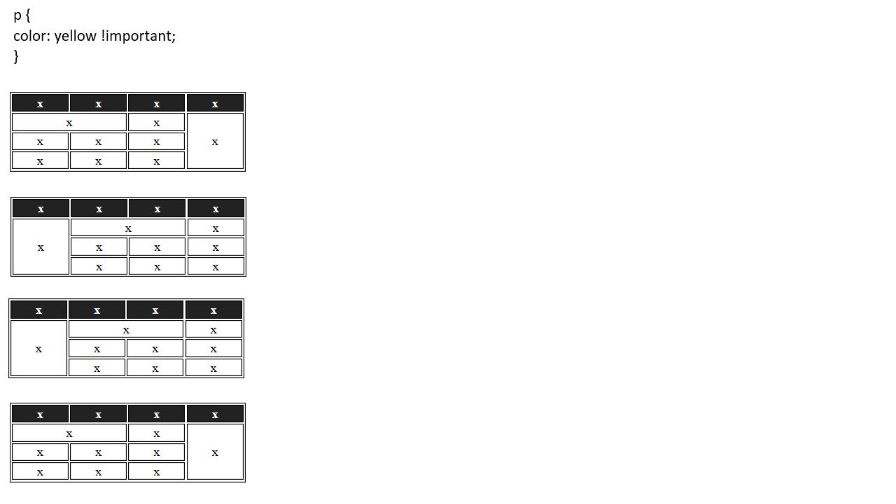
Repository: DigitalExperienceTeam/assessmentImages
Page: index.html
The author's editor kept a record of every edit. The page is drawn from the files as they stood at one moment, then again after the next edit.
The browser window is 1280 px wide. The pictures show the part of the page from y = 3815 to 5735 px (the page is 4535 px tall before and 5735 px after), at 70% of full size.

Above is the page before.

After the next edit:
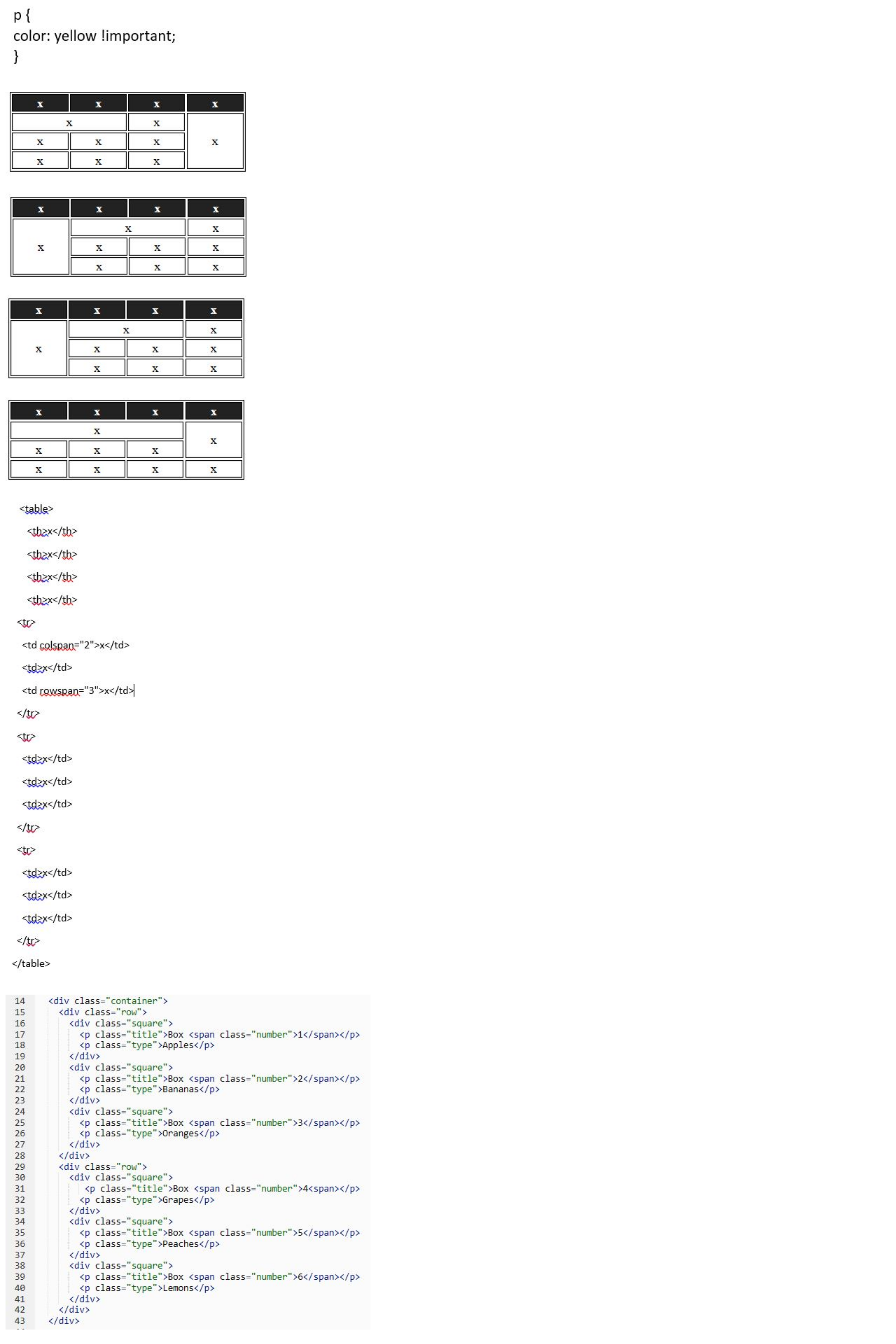
The edit:
--- a/index.html
+++ b/index.html
@@ -28,7 +28,11 @@
 
      <p><img src="table3.jpg"></p>
 
-     <p><img src="table1.jpg"></p>
+     <p><img src="table4.jpg"></p>
+
+     <p><img src="tablecode.jpg"></p>
+
+      <p><img src="codeerror.jpg"></p>
 
 </body>
 </html>
